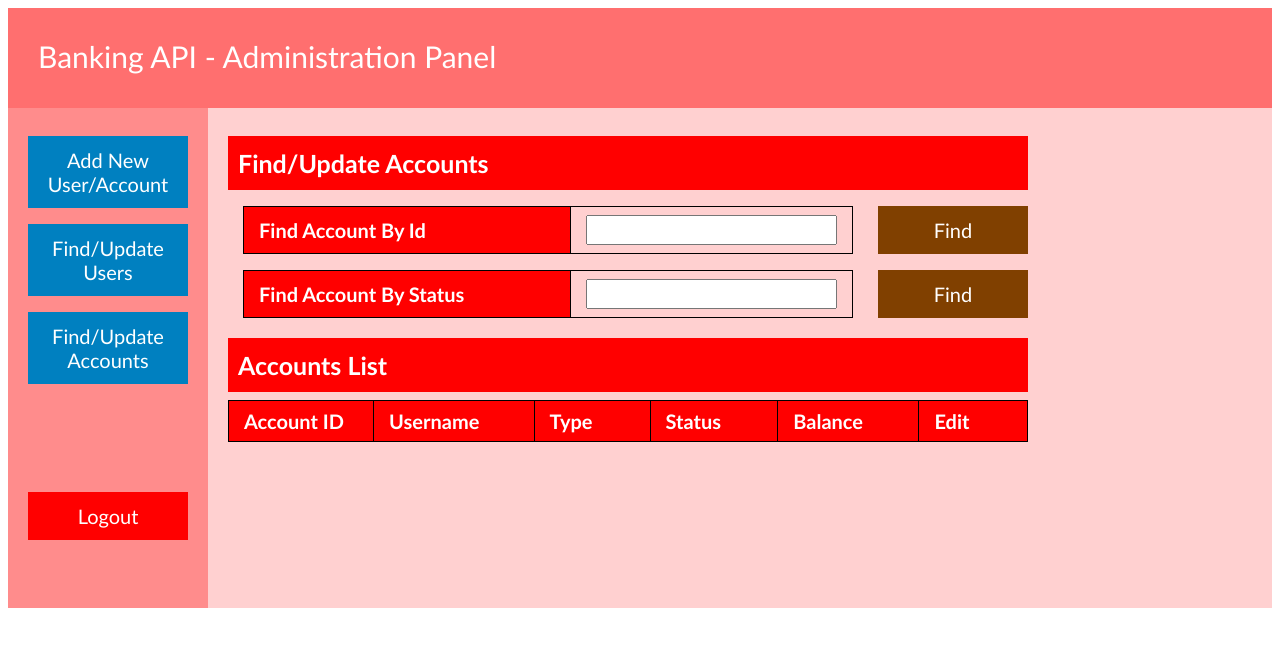
Repository: kennyufish/Revature_ROCP1_Project_Banking_API
Page: http://localhost/banking_api/findUpdateAccounts
These files come from the project's save history. The page is drawn as it stood at one moment and after the next save; the edit follows.
The browser window is 1280 px wide. The pictures show the whole page.
The page is served by Tomcat 9. Queries for data that is not in the repository find no rows.

Above is the page before, as saved 2020-10-14 15:23:35.

After the next save:
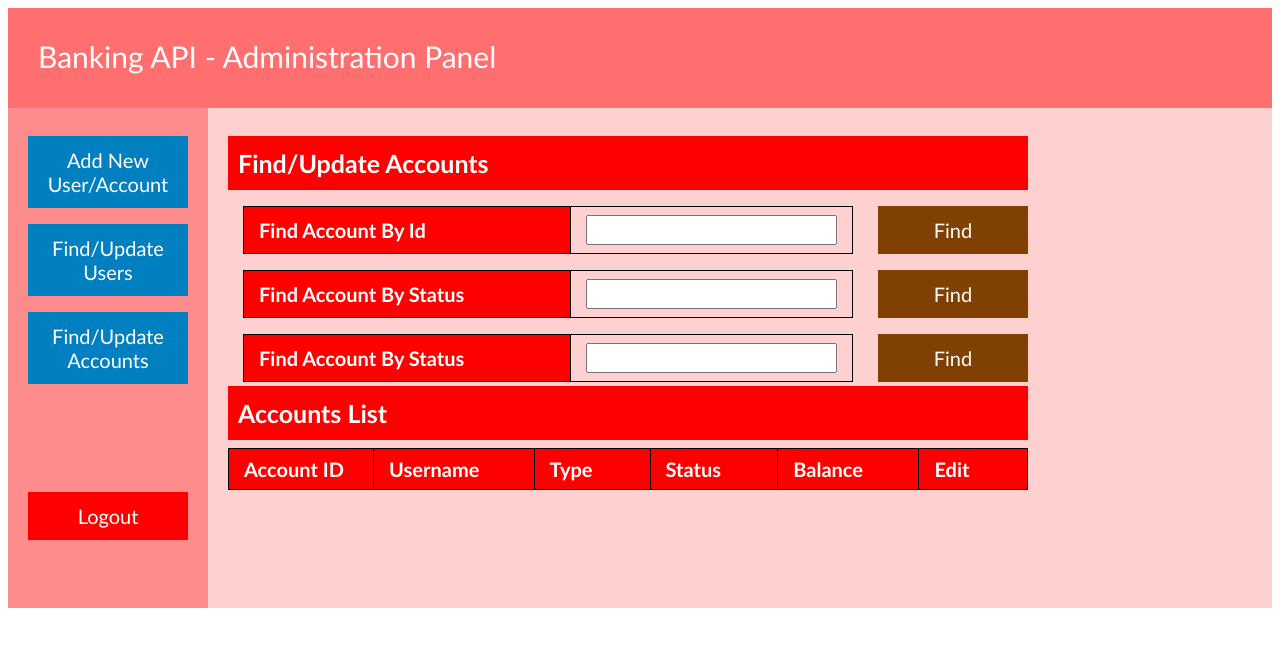
Saved 14 s later.
--- a/banking_api/src/main/java/com/app/banking/controller/FindUpdateAccountsController.java
+++ b/banking_api/src/main/java/com/app/banking/controller/FindUpdateAccountsController.java
@@ -58,6 +58,14 @@ public class FindUpdateAccountsController extends HttpServlet {
 			out.print("<button class='smallButton findButton' type='submit' name='findAccountById'>Find</button></div>");
 			out.print("</form>");
 			out.print("<br><br>");
+			//find account by Status block
+			out.print("<form action='findAccountByStatus' method='get'>");
+			out.print("<table class='findBar'><tr><th>Find Account By Status</th>");
+			out.print("<td><input style='width:100%' type='number' min='0' step='1' name='accountId' required /></td></tr></table>");
+			out.print("<button class='smallButton findButton' type='submit' name='findAccountByStatus'>Find</button></div>");
+			out.print("</form>");
+			out.print("<br><br>");
+			//
 			//find account by id block
 			out.print("<form action='findAccountByStatus' method='get'>");
 			out.print("<table class='findBar'><tr><th>Find Account By Status</th>");
